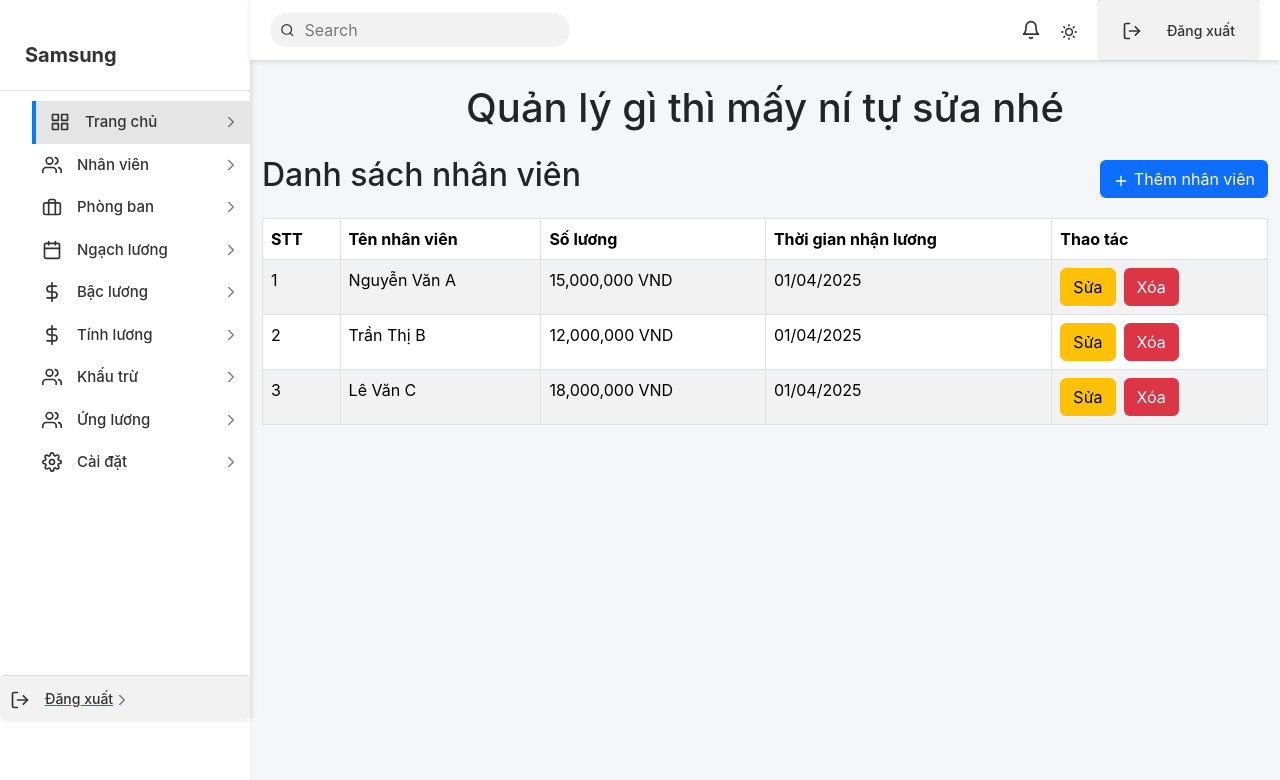
Repository: lenb2109136/HTTTQL
Page: /
These files come from the project's save history. The page is drawn as it stood at one moment and after the next save; the edit follows.
The browser window is 1280 px wide. The pictures show the whole page.
The project was rebuilt for these pictures with package versions that can differ from the ones it lists, and the page was loaded fresh each time.

Above is the page before, as saved 2025-03-28 13:19:39.

After the next save:
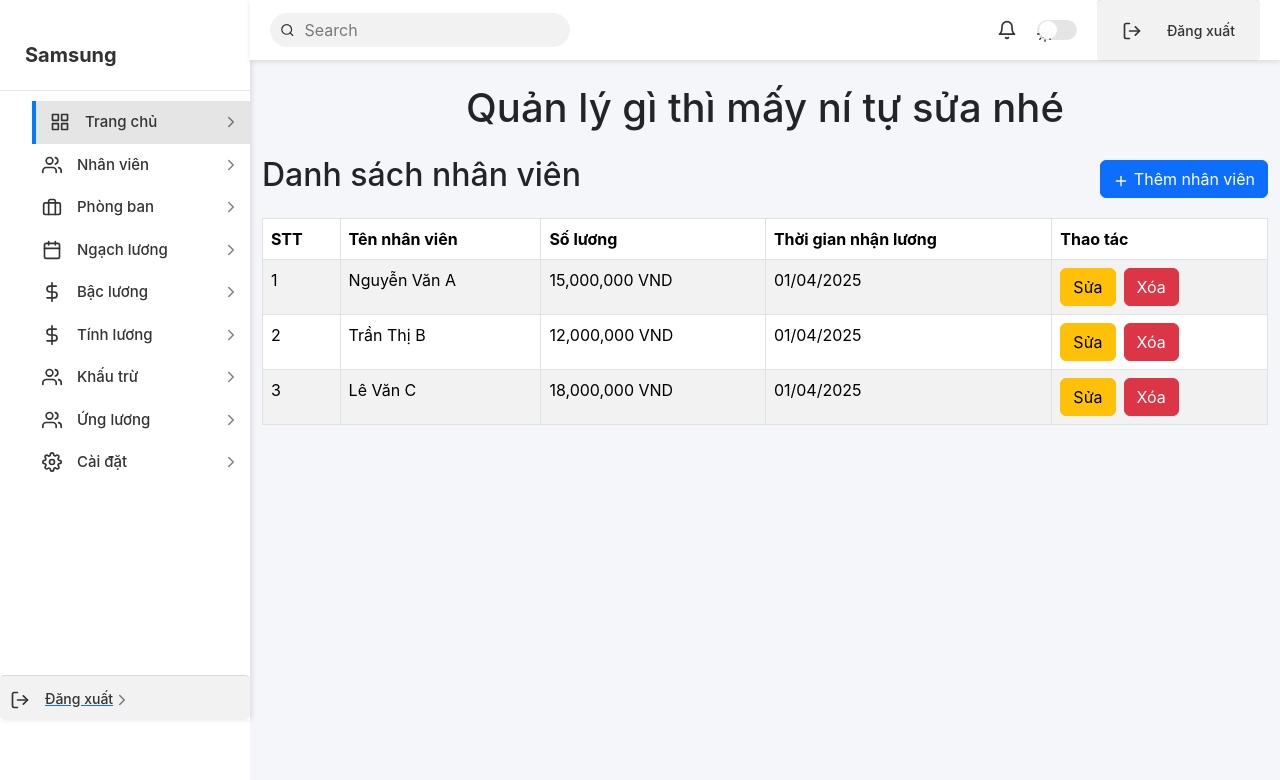
Saved 48 s later.
--- a/src/component/admin/admin-style/Header-Admin.css
+++ b/src/component/admin/admin-style/Header-Admin.css
@@ -11,6 +11,7 @@
   align-items: center;
   padding: 0 20px;
   box-shadow: 0 2px 5px rgba(0, 0, 0, 0.1); /* Subtle shadow */
+  z-index: 1000; /* Đảm bảo header hiển thị trên tất cả */
 }
 
 /* Thanh tìm kiếm */
@@ -82,25 +83,12 @@
   font-weight: 500;
   color: #333; /* Black text */
 }
-.header {
-  width: calc(100% - 250px);
-  height: 60px;
-  background: #fff;
-  position: fixed;
-  top: 0;
-  left: 250px;
-  display: flex;
-  justify-content: space-between;
-  align-items: center;
-  padding: 0 20px;
-  box-shadow: 0 2px 5px rgba(0, 0, 0, 0.1);
-  z-index: 1000; /* Đảm bảo header hiển thị trên tất cả */
-}
 
 /* Đảm bảo phần nội dung bên dưới không bị đè lên */
 .main-content {
   margin-top: 60px; /* Để khoảng trống phía trên, tránh header đè lên */
 }
+
 .sidebar ul li {
   display: flex;
   align-items: center;
@@ -141,3 +129,29 @@
   font-size: 18px;
   color: rgba(0, 0, 0, 0.5);
 }
+
+/* Nút chuyển đổi nhưng không thay đổi màu nền */
+.theme-toggle {
+  width: 40px;
+  height: 20px;
+  background: rgba(0, 0, 0, 0.1);
+  border-radius: 10px;
+  position: relative;
+  cursor: pointer;
+}
+
+.theme-toggle::after {
+  content: '';
+  position: absolute;
+  width: 18px;
+  height: 18px;
+  background: white;
+  border-radius: 50%;
+  top: 1px;
+  left: 2px;
+  transition: transform 0.3s;
+}
+
+.theme-toggle.active::after {
+  transform: translateX(20px);
+}
